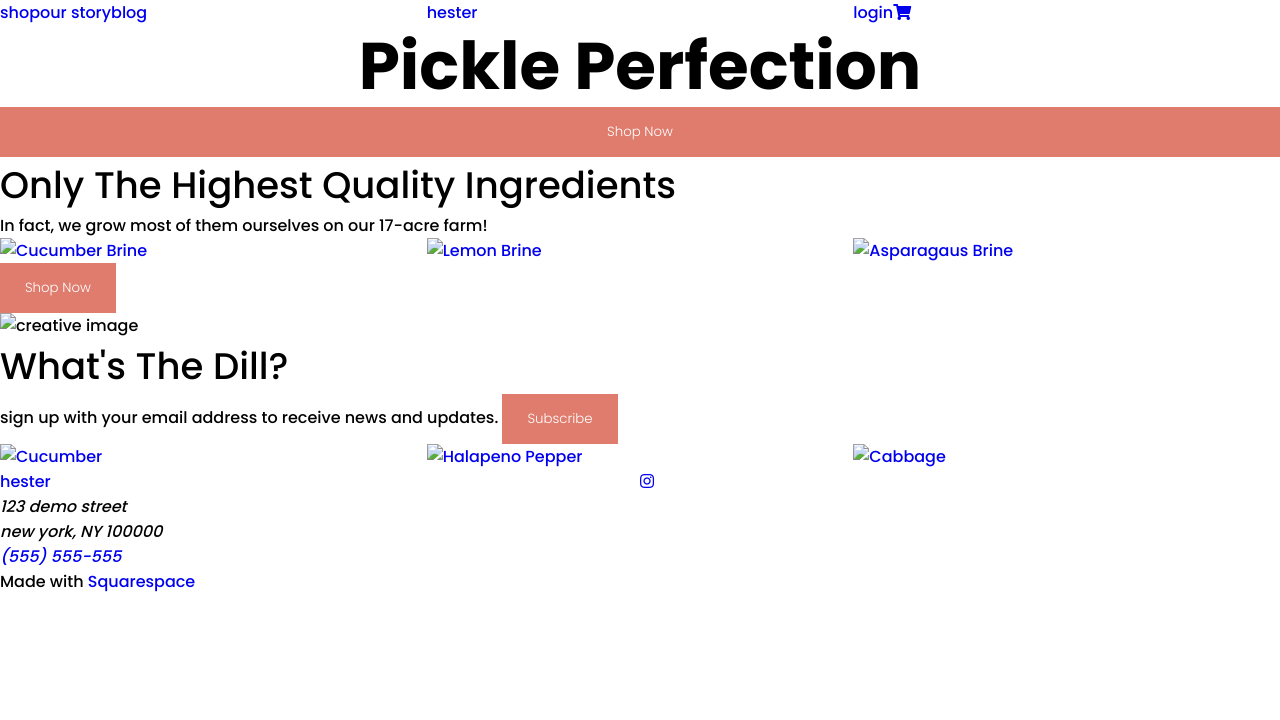
Repository: latenightsnacc/HTML-LESSONS
Page: WEB-DESIGN-2/PROJECTS/hester-p4/index.html
An editor plug-in stored every save of this project. The page is shown before and after the next save, followed by the edit.
The browser window is 1280 px wide. The pictures show the whole page.
Some web libraries are served in a nearby version.

Above is the page before, as saved 2021-07-19 12:15:46.

After the next save:
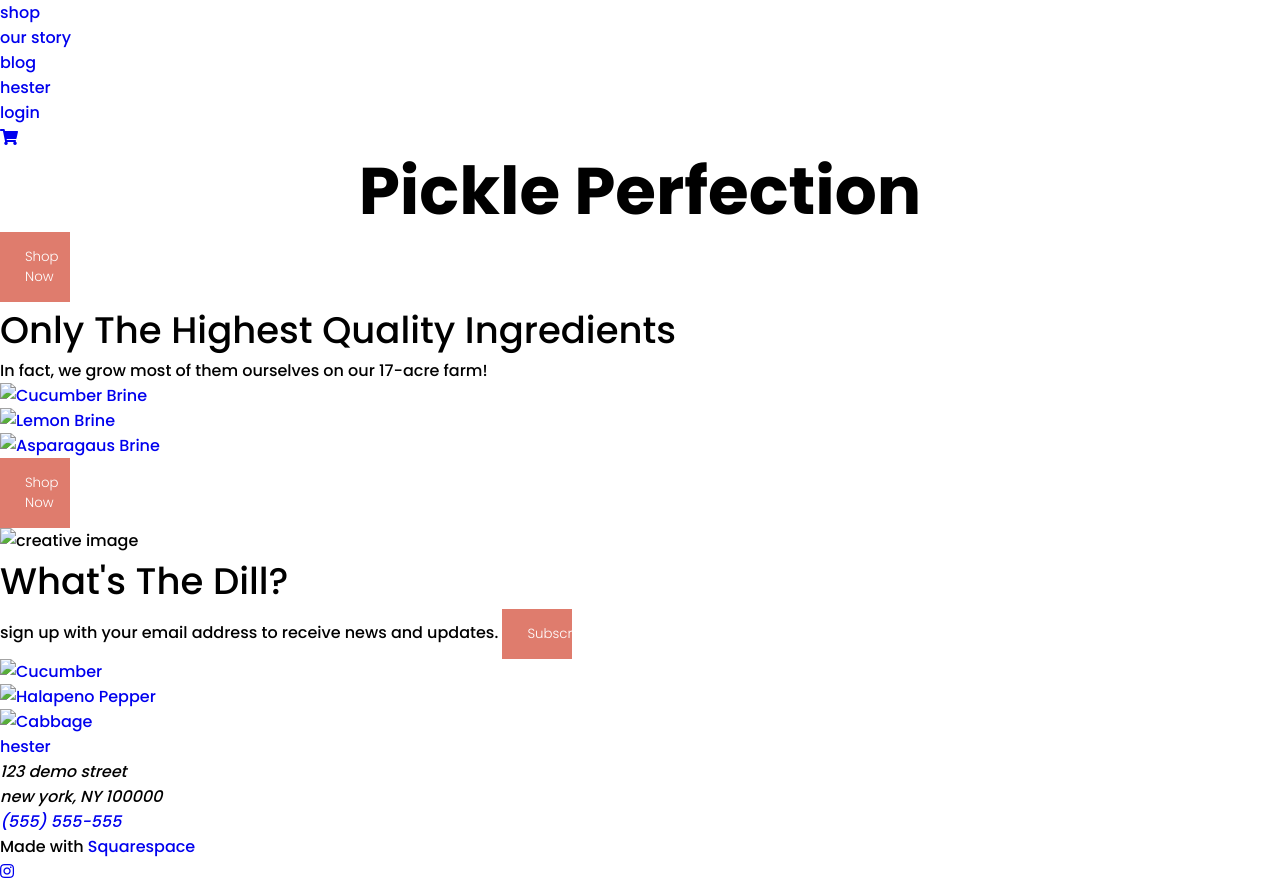
Saved 21 s later.
--- a/WEB-DESIGN-2/PROJECTS/hester-p4/stylesheets/stylesheet.css
+++ b/WEB-DESIGN-2/PROJECTS/hester-p4/stylesheets/stylesheet.css
@@ -32,7 +32,7 @@
     background-color: var(--white);
 }
 
-.nav, .row, .nav-menu, .acct-menu  {
+.nav, .row, .nav-menu, .acct-menu,  {
     display: flex;
     width: 100%;
 }
@@ -41,7 +41,6 @@
 }
 
 .content {
-    display: flex;
     flex-direction: column;
 }
 
@@ -54,6 +53,7 @@
    background-color: var(--primary);
    color: var(--white);
    font-weight: var(--w300);
+   width: 70px;
 }
 .bannerText {
     font-size: var(--xTx);
